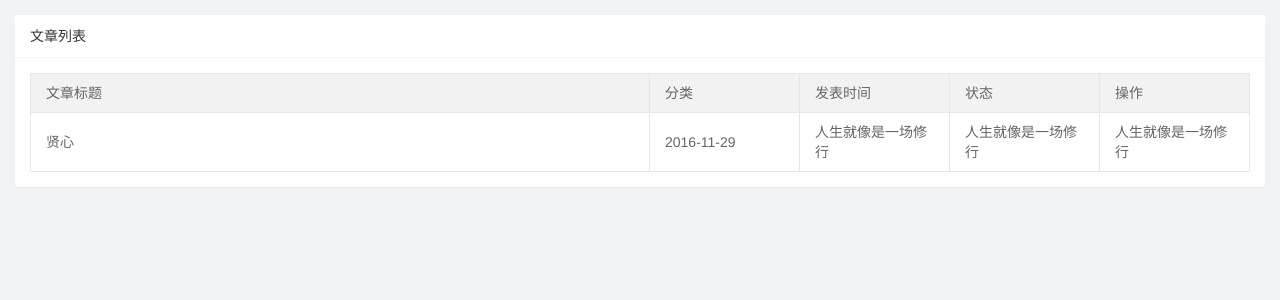
Repository: haloxxi/web_bigevent
Page: article/art-list.html
An editor plug-in stored every save of this project. The page is shown before and after the next save, followed by the edit.
The browser window is 1280 px wide. The pictures show the whole page.

Above is the page before, as saved 2022-06-28 17:01:51.

After the next save:
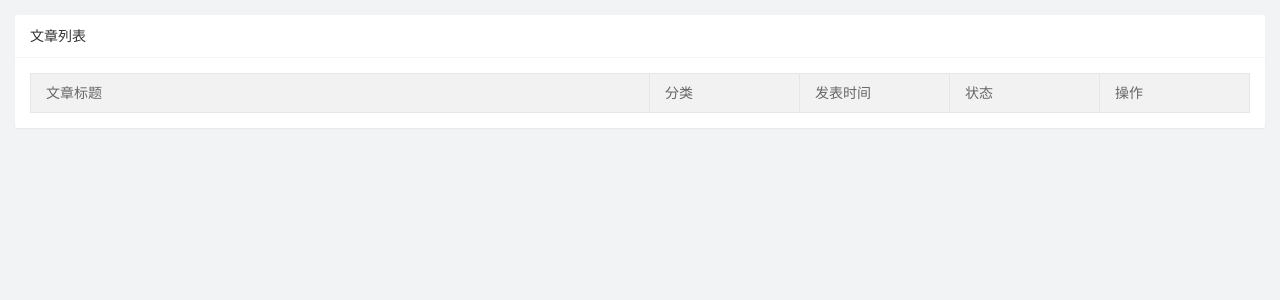
Saved 50 s later.
--- a/article/art-list.html
+++ b/article/art-list.html
@@ -35,13 +35,6 @@
                     </tr>
                 </thead>
                 <tbody>
-                    <tr>
-                        <td>贤心</td>
-                        <td>2016-11-29</td>
-                        <td>人生就像是一场修行</td>
-                        <td>人生就像是一场修行</td>
-                        <td>人生就像是一场修行</td>
-                    </tr>
                 </tbody>
             </table>
             <!-- 分页区域 -->
@@ -49,7 +42,15 @@
     </div>
 
     <!-- 列表数据的模板引擎 -->
-    <script type="text/html"></script>
+    <script type="text/html" id="tpl-table">
+        <tr>
+            <td>贤心</td>
+            <td>2016-11-29</td>
+            <td>人生就像是一场修行</td>
+            <td>人生就像是一场修行</td>
+            <td>人生就像是一场修行</td>
+        </tr>
+    </script>
 
 
 
